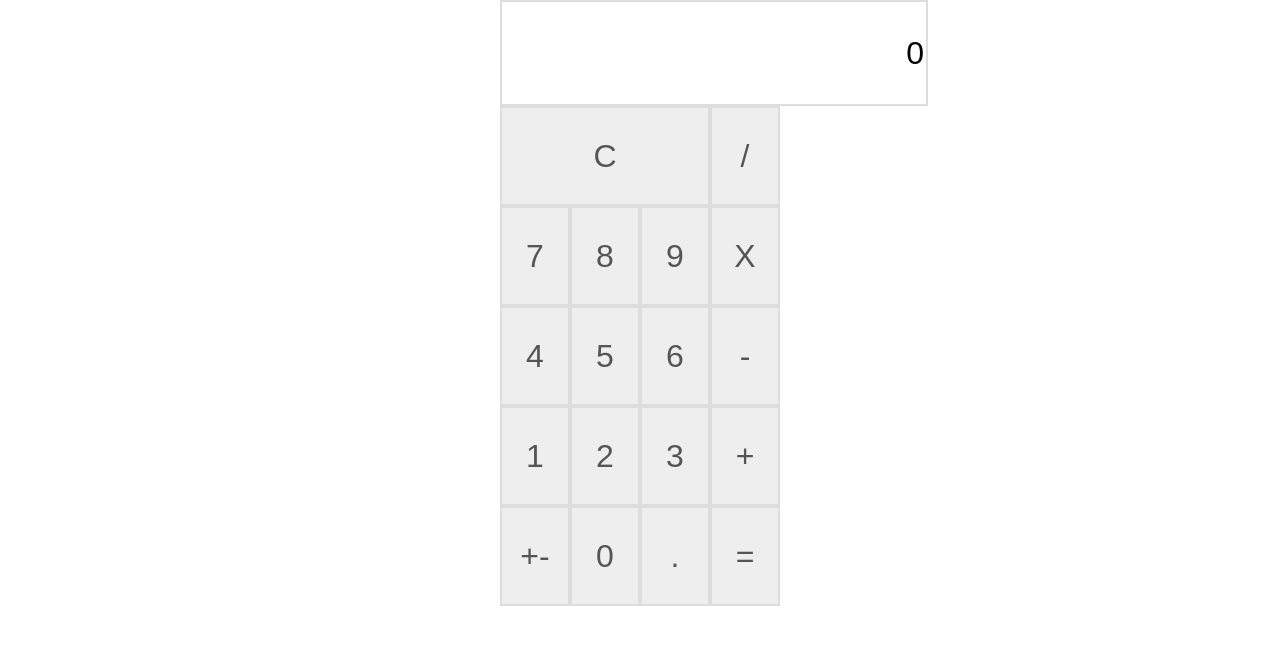
Repository: aaronmatei/react-calc
Page: /
An editor plug-in stored every save of this project. The page is shown before and after the next save, followed by the edit.
The browser window is 1280 px wide. The pictures show the whole page.
The project was rebuilt for these pictures with package versions that can differ from the ones it lists, and the page was loaded fresh each time.

Above is the page before, as saved 2019-12-13 11:12:16.

### src/App.js
import React, { Component } from "react";
import Button from "./components/Button";
import "./App.css";
import "./css/styles.css";

class App extends Component {
	state = {
		current: "0",
		previous: [],
	};

	reset = () => {
		this.setState({ result: "0" });
	};
	addToCurrent = symbol => {
		this.setState({ current: this.state.current + symbol });
	};

	render() {
		const buttons = [
			{ symbol: "C", cols: 3, action: this.reset },
			{ symbol: "/", cols: 1, action: this.addToCurrent },
			{ symbol: "7", cols: 1, action: this.addToCurrent },
			{ symbol: "8", cols: 1, action: this.addToCurrent },
			{ symbol: "9", cols: 1, action: this.addToCurrent },
			{ symbol: "X", cols: 1, action: this.addToCurrent },
			{ symbol: "4", cols: 1, action: this.addToCurrent },
			{ symbol: "5", cols: 1, action: this.addToCurrent },
			{ symbol: "6", cols: 1, action: this.addToCurrent },
			{ symbol: "-", cols: 1, action: this.addToCurrent },
			{ symbol: "1", cols: 1, action: this.addToCurrent },
			{ symbol: "2", cols: 1, action: this.addToCurrent },
			{ symbol: "3", cols: 1, action: this.addToCurrent },
			{ symbol: "+", cols: 1, action: this.addToCurrent },
			{ symbol: "+-", cols: 1, action: this.addToCurrent },
			{ symbol: "0", cols: 1, action: this.addToCurrent },
			{ symbol: ".", cols: 1, action: this.addToCurrent },
			{ symbol: "=", cols: 1, action: this.addToCurrent },
		];
		return (
			<div className='App'>
				<input className='result' type='text' value={this.state.current} onChange={null} />

				{buttons.map((btn, idx) => {
					return (
						<Button key={idx} symbol={btn.symbol} cols={btn.cols} action={symbol => btn.action(symbol)} />
					);
				})}
			</div>
		);
	}
}

export default App;

### src/components/Button.jsx
import React, { Component } from "react";

class Button extends Component {
	render() {
		return (
			<div className={`column-${this.props.cols}`}>
				<button className='calc-button' onClick={() => this.props.action(this.props.symbol)}>
					{this.props.symbol}
				</button>
			</div>
		);
	}
}

export default Button;

### src/App.css
.App {
	text-align: center;
	align-items: center;
	padding-left: 500px;
	padding-right: 500px;
	margin-right: auto;
	margin-left: auto;
}

### src/css/styles.css
.column-3 {
	width: 75%;
	float: left;
}
.column-2 {
	width: 50%;
	float: left;
}
.column-1 {
	width: 25%;
	float: left;
}
button.calc-button {
	width: 100%;
	height: 100px;
	border: 2px solid #ddd;
	background: #eee;
	font-size: 32px;
	color: #555;
}

input.result {
	height: 100px;
	width: auto;
	border: 2px solid #ddd;
	text-align: right;
	font-size: 32px;
	padding-left: ;
	padding-right: ;
}

Loaded but not shown: src/index.js (common file); src/index.css (common file); src/serviceWorker.js (common file)

After the next save:
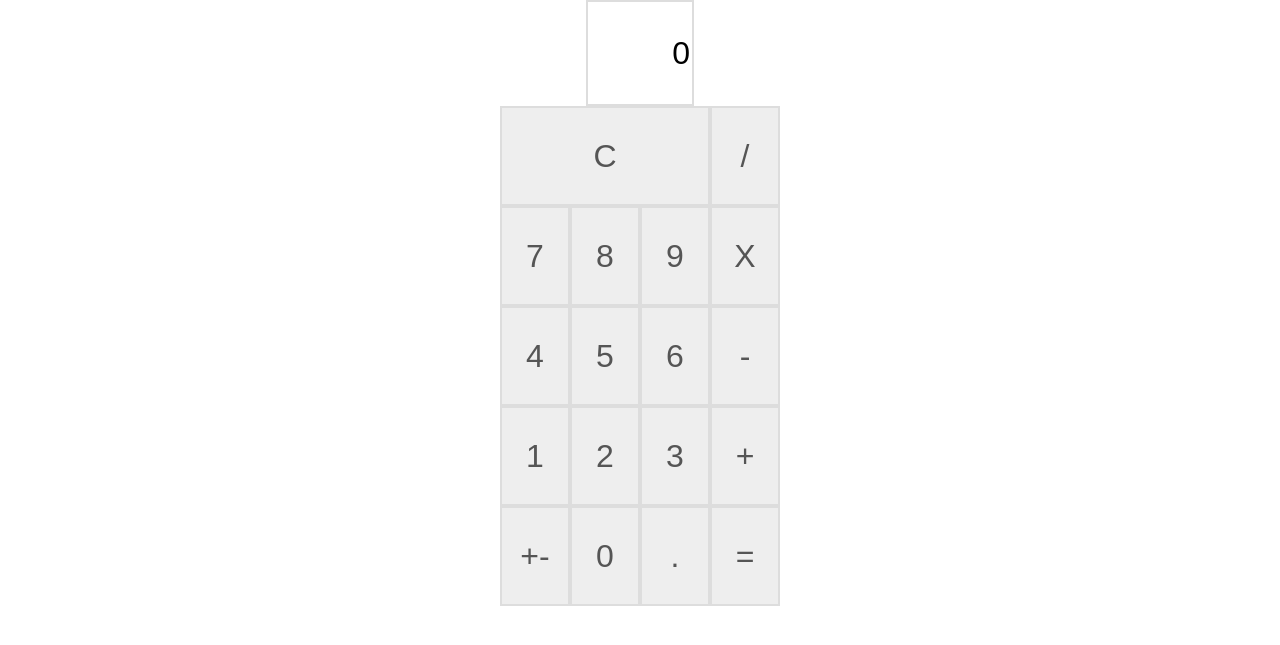
Saved 64 s later.
--- a/src/css/styles.css
+++ b/src/css/styles.css
@@ -21,7 +21,7 @@ button.calc-button {
 
 input.result {
 	height: 100px;
-	width: auto;
+	width: 100px;
 	border: 2px solid #ddd;
 	text-align: right;
 	font-size: 32px;
